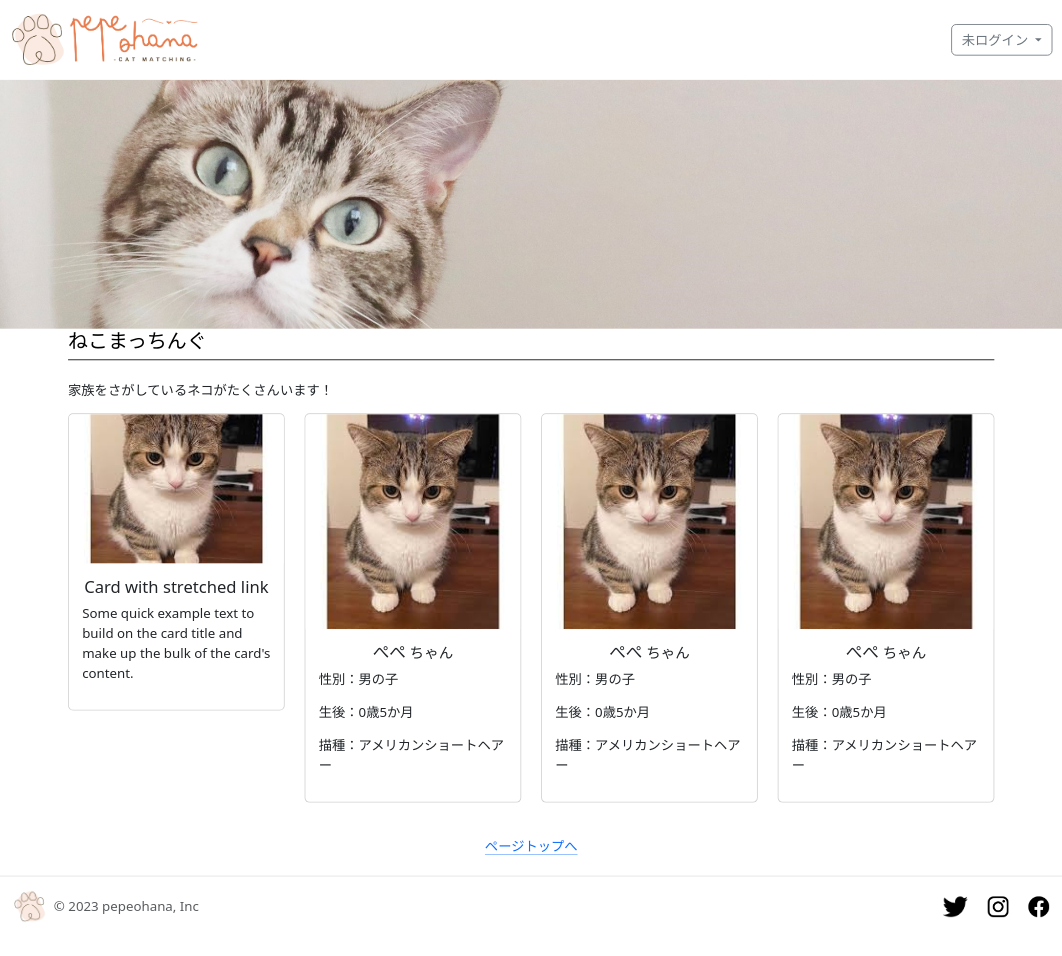
Repository: sakuwell/pepe
Page: http://localhost/PepeOhana/top.jsp
An editor plug-in stored every save of this project. The page is shown before and after the next save, followed by the edit.
The browser window is 1280 px wide. The pictures show the whole page, at 83% of full size.
The page is served by Tomcat 9.

Above is the page before, as saved 2023-09-06 03:05:30.

After the next save:
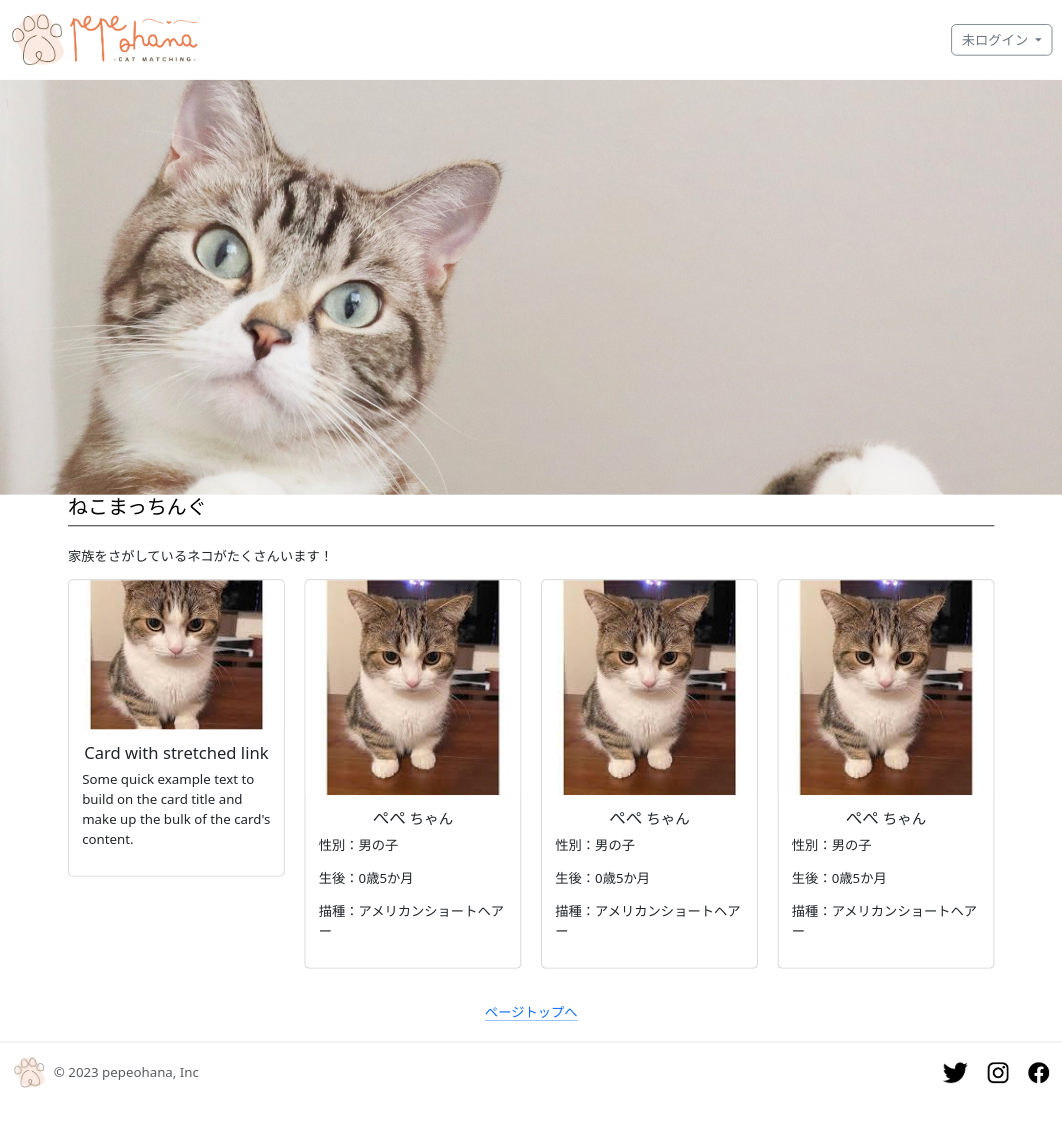
Saved 11 s later.
--- a/ExWorkSpace/PepeOhana/src/main/webapp/top.jsp
+++ b/ExWorkSpace/PepeOhana/src/main/webapp/top.jsp
@@ -70,7 +70,7 @@
 
 
     <!-- ヒーロー画像 -->
-    <img class="img-fluid" src="images/hero_1.jpg"  alt="top画像" style="max-height:300px; width:100%; object-fit: cover;">
+    <img class="img-fluid" src="images/hero_1.jpg"  alt="top画像" style="max-height:500px; width:100%; object-fit: cover;">
 
     <!-- ここから下　ページごとの内容 -->
     <div>
